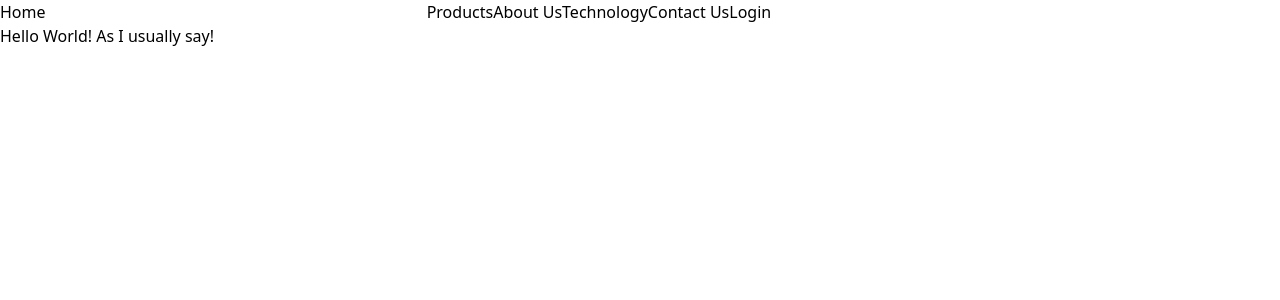
Repository: thasquirrie/fanmanagement
Page: / (app in frontend/)
The author's editor kept a copy of each file at every save. The page is drawn from the files as they stood at one save, then again after the next save.
The browser window is 1280 px wide. The pictures show the whole page.
The project was rebuilt for these pictures with package versions that can differ from the ones it lists, and the page was loaded fresh each time. A package was used in the major version that the imports need, not the one package.json lists. Also part of the build but not shown: frontend/craco.config.js, frontend/src/App.css.

Above is the page before, as saved 2021-05-24 17:00:59.

### frontend/src/index.css
body {
 margin: 0;
 font-family: -apple-system, BlinkMacSystemFont, 'Segoe UI', 'Roboto', 'Oxygen',
  'Ubuntu', 'Cantarell', 'Fira Sans', 'Droid Sans', 'Helvetica Neue', sans-serif;
 -webkit-font-smoothing: antialiased;
 -moz-osx-font-smoothing: grayscale;
}

code {
 font-family: source-code-pro, Menlo, Monaco, Consolas, 'Courier New', monospace;
}

@tailwind base;
@tailwind components;
@tailwind utilities;

### frontend/src/App.js
import { Route, BrowserRouter, Switch } from 'react-router-dom';
import Header from './components/Header';
import HomeScreen from './screens/HomeScreen';
// import logo from './logo.svg';
import './App.css';

function App() {
 return (
  <BrowserRouter>
   <Header />
   <main className='container'>
    <Switch>
     <Route path='/' component={HomeScreen} />
    </Switch>
   </main>
  </BrowserRouter>
 );
}

export default App;

### frontend/src/components/Header.jsx
import React from 'react';
import { NavLink } from 'react-router-dom';

const Header = () => {
 return (
  <nav className='text-blue grid grid-cols-6'>
   <div className='col-span-2'>
    <NavLink to='/'>Home</NavLink>
   </div>
   <div className='col-span-4'>
    <NavLink to='/products'>Products</NavLink>
    <NavLink to='/about'>About Us</NavLink>
    <NavLink to='/technology'>Technology</NavLink>
    <NavLink to='/contact'>Contact Us</NavLink>
    <NavLink to='/login'>Login</NavLink>
   </div>
  </nav>
 );
};

export default Header;

### frontend/src/screens/HomeScreen.jsx
import React from 'react';

const HomeScreen = () => {
 return (
  <div>
   <h1>Hello World! As I usually say!</h1>
  </div>
 );
};

export default HomeScreen;

Loaded but not shown: frontend/public/index.html (common file); frontend/src/index.js (common file); frontend/src/reportWebVitals.js (common file); frontend/tailwind.config.js (common file)

After the next save:
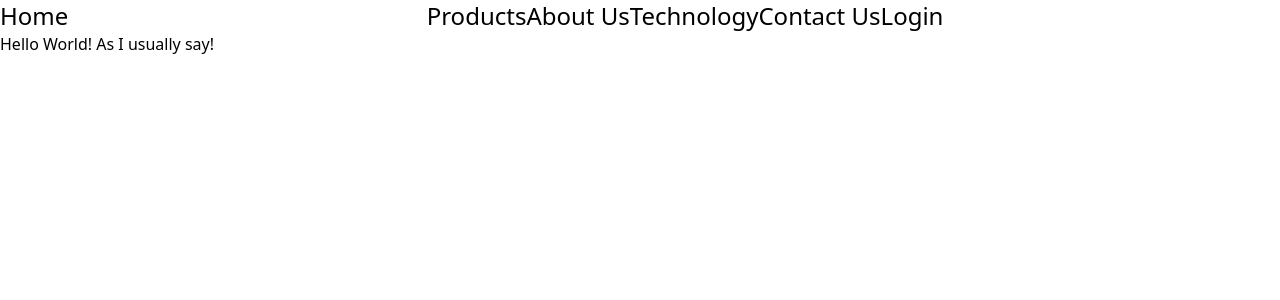
Saved 2 min 35 s later.
--- a/frontend/src/components/Header.jsx
+++ b/frontend/src/components/Header.jsx
@@ -3,7 +3,7 @@
 
 const Header = () => {
  return (
-  <nav className='text-blue grid grid-cols-6'>
+  <nav className='grid grid-cols-6 text-2xl'>
    <div className='col-span-2'>
     <NavLink to='/'>Home</NavLink>
    </div>
